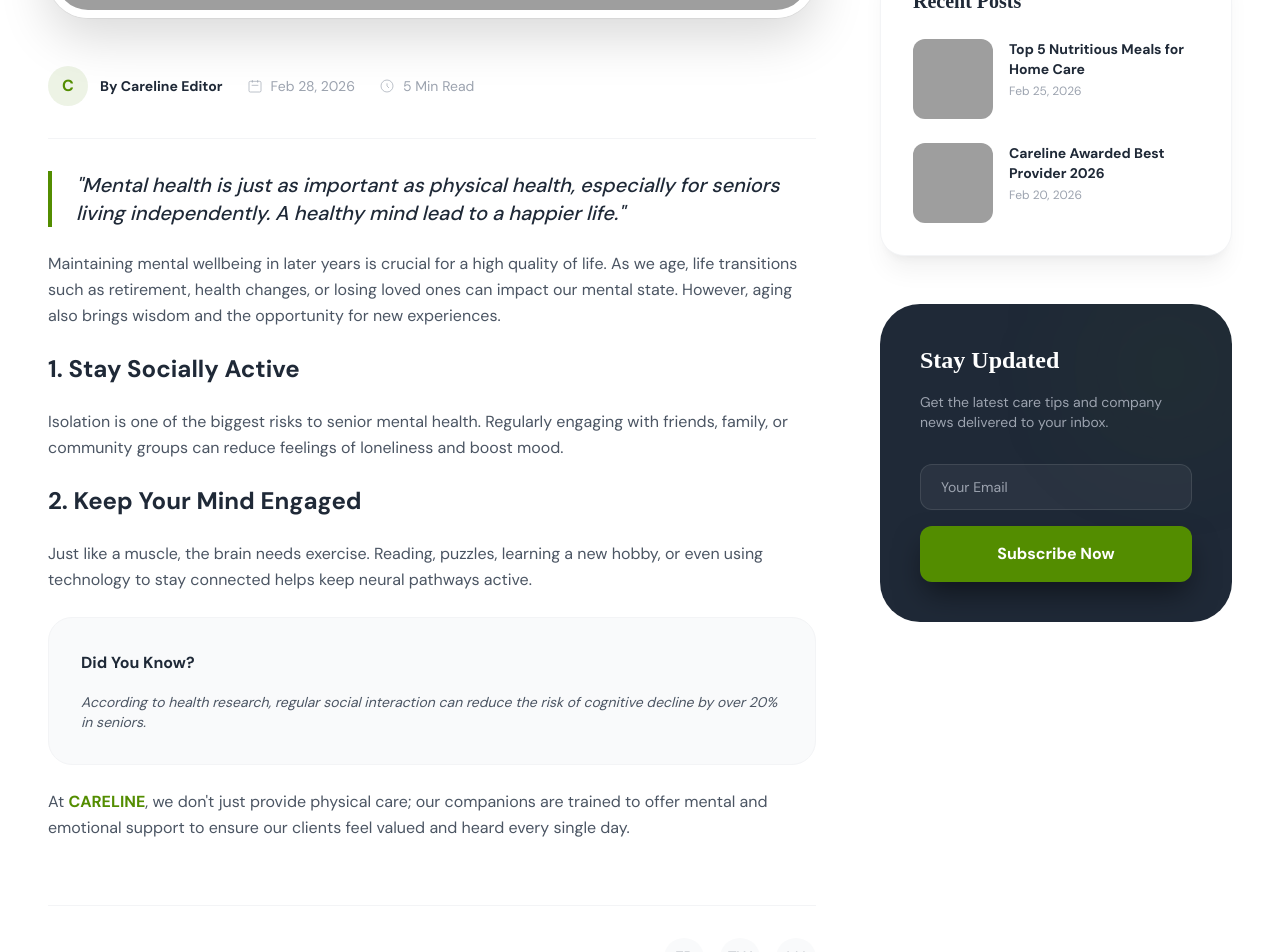
Repository: Iqbalhossen07/care
Page: http://localhost/blog-details.php
These files come from the project's save history. The page is drawn as it stood at one moment and after the next save; the edit follows.
The browser window is 1280 px wide. The pictures show the part of the page from y = 859 to 1811 px (the page is 2694 px tall).
Pictures or frames that could not be fetched are drawn as grey boxes. Some web fonts or font styles are not loaded; a fallback is used. Some web libraries are served in a nearby version. The page is run by PHP 8.4 with error messages shown; the project is at /var/www/html/.

Above is the page before, as saved 2026-02-28 05:50:11.

After the next save:
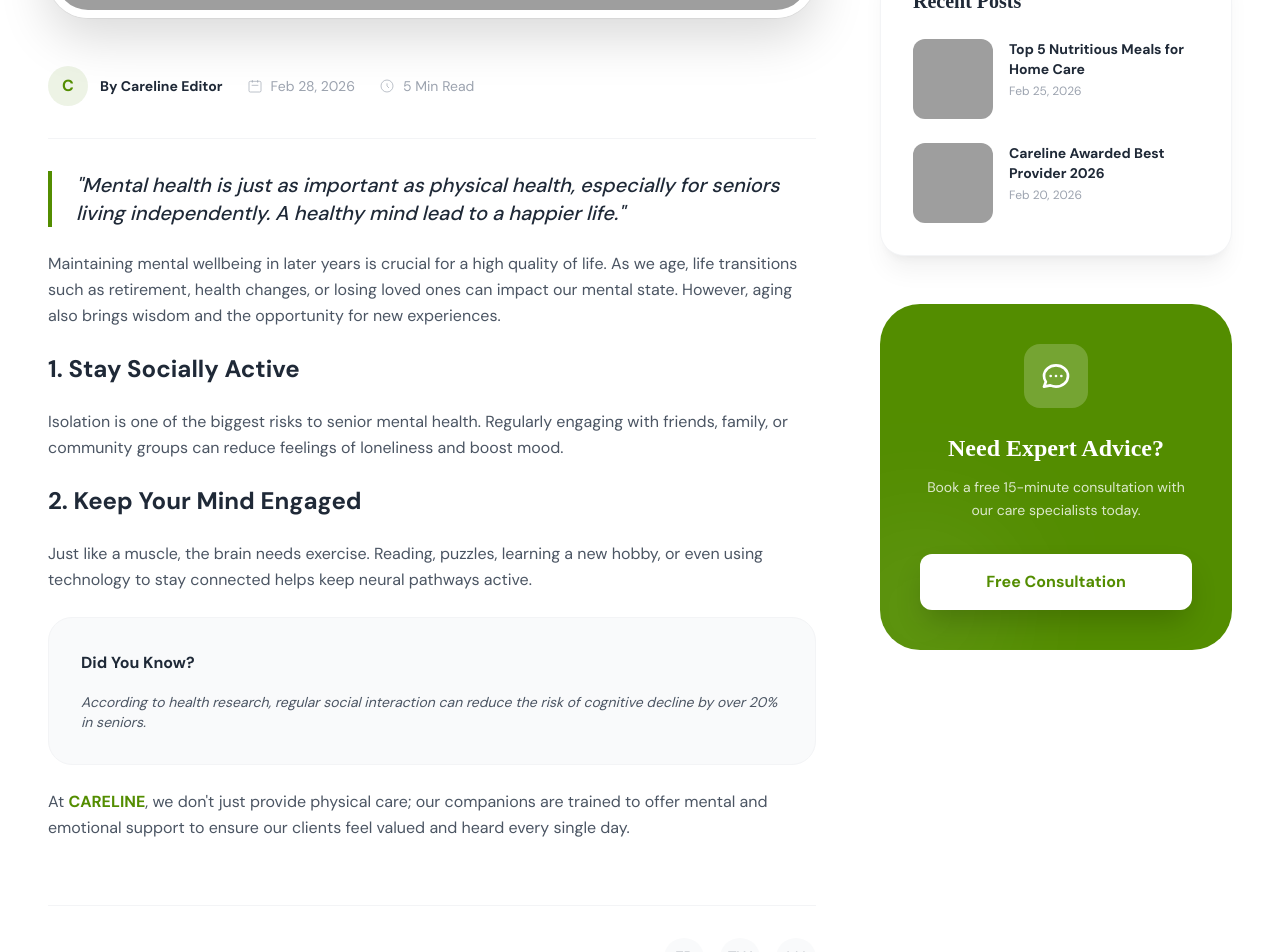
Saved 59 s later.
--- a/blog-details.php
+++ b/blog-details.php
@@ -154,19 +154,29 @@
                         </div>
                     </div>
 
-                    <div class="bg-darkText p-10 rounded-[2.5rem] text-white relative overflow-hidden">
-                        <div class="absolute top-0 right-0 w-32 h-32 bg-brand/10 rounded-full blur-3xl"></div>
-                        <h4 class="font-heading text-2xl font-bold mb-4 relative z-10">Stay Updated</h4>
-                        <p class="text-gray-400 text-sm mb-8 relative z-10">Get the latest care tips and company news
-                            delivered to your inbox.</p>
-                        <form class="space-y-4 relative z-10">
-                            <input type="email" placeholder="Your Email"
-                                class="w-full px-5 py-3 rounded-xl bg-white/5 border border-white/10 outline-none focus:border-brand transition-all text-sm">
-                            <button
-                                class="w-full py-4 bg-brand text-white font-bold rounded-xl shadow-[0_15px_30px_-5px_rgba(0,0,0,0.5)] hover:shadow-[0_20px_40px_-5px_rgba(0,0,0,0.6)] hover:-translate-y-1 transition-all duration-300">
-                                Subscribe Now
-                            </button>
-                        </form>
+                    <div class="bg-brand p-10 rounded-[2.5rem] text-white relative overflow-hidden group">
+                        <div
+                            class="absolute -bottom-10 -left-10 w-40 h-40 bg-white/10 rounded-full blur-3xl transition-all group-hover:scale-110">
+                        </div>
+
+                        <div class="relative z-10 text-center">
+                            <div
+                                class="w-16 h-16 bg-white/20 rounded-2xl flex items-center justify-center mx-auto mb-6">
+                                <svg class="w-8 h-8 text-white" fill="none" stroke="currentColor" viewBox="0 0 24 24">
+                                    <path stroke-linecap="round" stroke-linejoin="round" stroke-width="2"
+                                        d="M8 12h.01M12 12h.01M16 12h.01M21 12c0 4.418-4.03 8-9 8a9.863 9.863 0 01-4.255-.949L3 20l1.395-3.72C3.512 15.042 3 13.574 3 12c0-4.418 4.03-8 9-8s9 3.582 9 8z">
+                                    </path>
+                                </svg>
+                            </div>
+                            <h4 class="font-heading text-2xl font-bold mb-3">Need Expert Advice?</h4>
+                            <p class="text-white/80 text-sm mb-8 leading-relaxed">Book a free 15-minute consultation
+                                with our care specialists today.</p>
+
+                            <a href="contact.php"
+                                class="block w-full py-4 bg-white text-brand font-bold rounded-xl shadow-[0_15px_30px_-5px_rgba(0,0,0,0.2)] hover:shadow-[0_20px_40px_-5px_rgba(0,0,0,0.3)] hover:-translate-y-1 transition-all duration-300 text-center">
+                                Free Consultation
+                            </a>
+                        </div>
                     </div>
                 </div>
 
